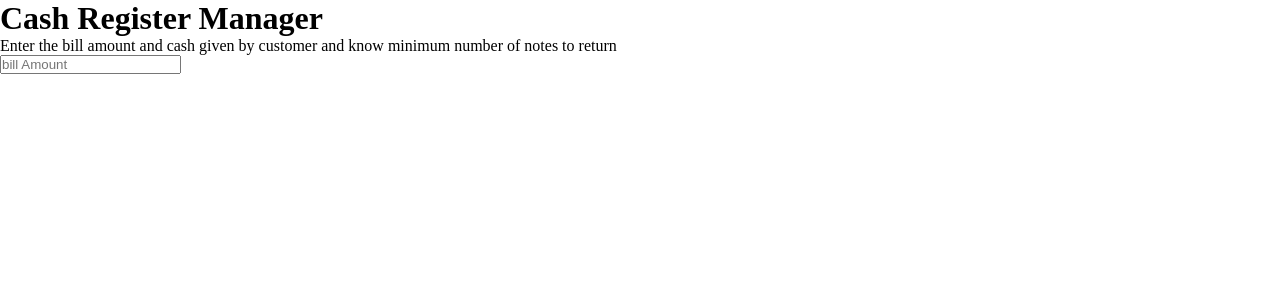
Repository: patelamancode/Cash-register-manager-app
Page: index.html
The author's editor kept a copy of each file at every save. The page is drawn from the files as they stood at one save, then again after the next save.
The browser window is 1280 px wide. The pictures show the whole page.

Above is the page before, as saved 2022-11-16 15:32:50.

After the next save:
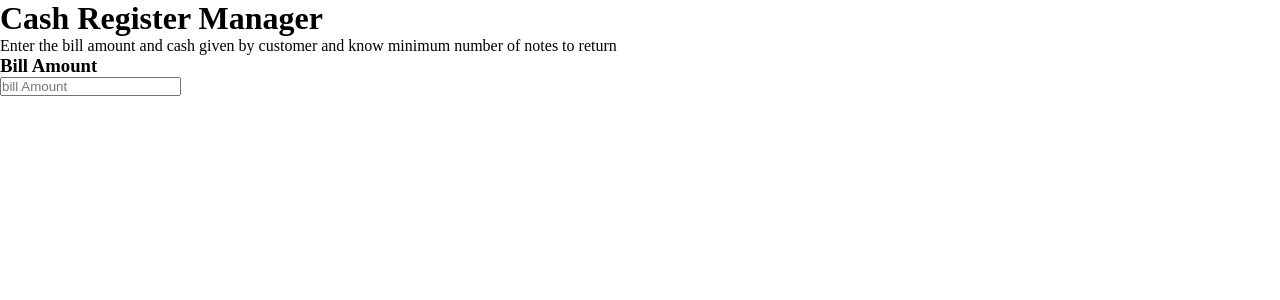
Saved 37 s later.
--- a/index.html
+++ b/index.html
@@ -18,7 +18,7 @@
         </p>
         </div>
         <div class="sub-container">
-
+            <h3>Bill Amount</h3>
         </div>
 
 
